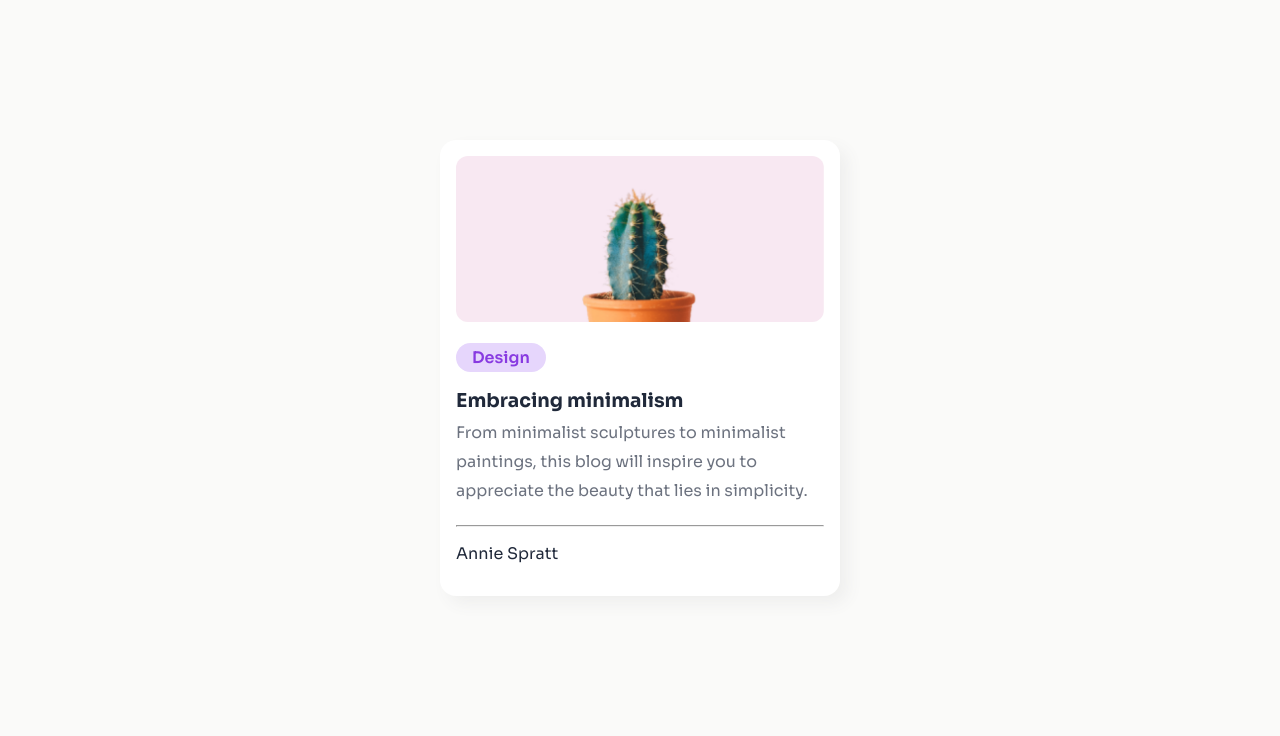
Repository: PCGP22/devChallengesio
Page: 01 - Minimal Blog Card/blogCard.html
These files come from the project's save history. The page is drawn as it stood at one moment and after the next save; the edit follows.
The browser window is 1280 px wide. The pictures show the whole page.

Above is the page before, as saved 2024-01-01 20:04:25.

After the next save:
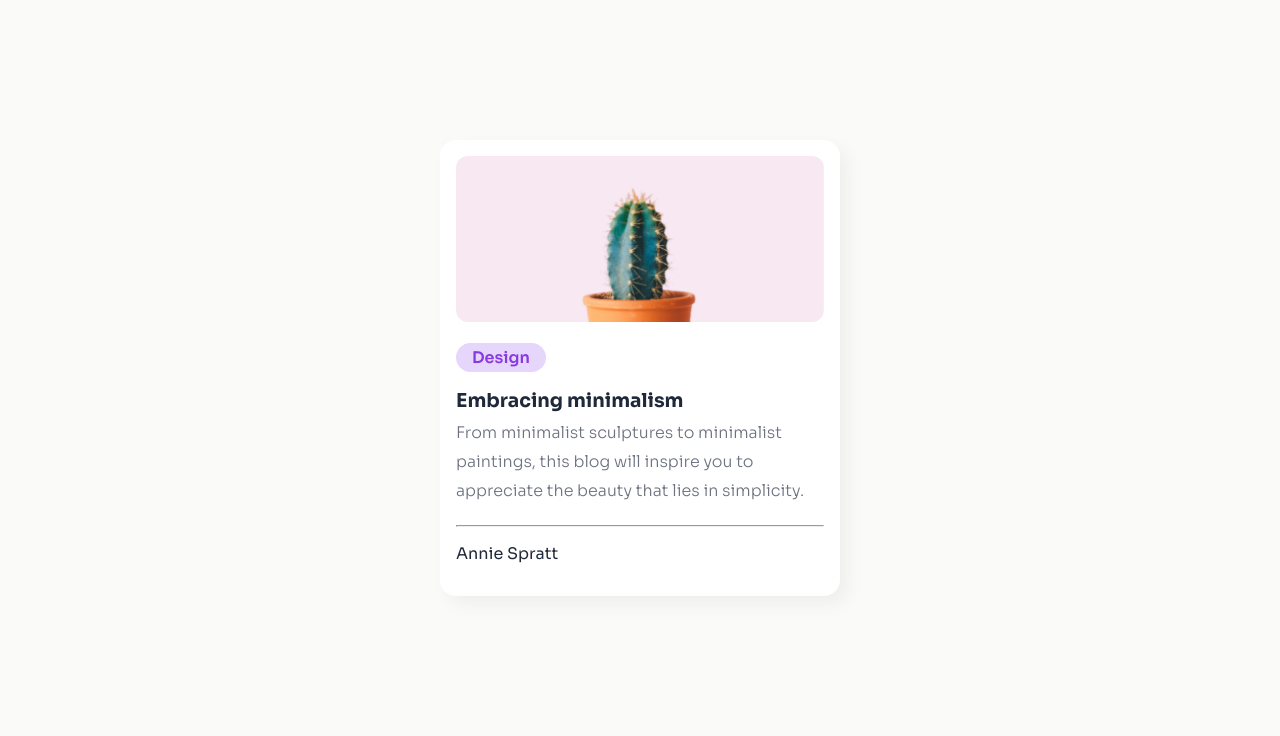
Saved 30 s later.
--- a/01 - Minimal Blog Card/styles.css
+++ b/01 - Minimal Blog Card/styles.css
@@ -1,4 +1,4 @@
-@import url('https://fonts.googleapis.com/css2?family=Prata&family=Sora:wght@400;500;600;700&display=swap');
+@import url('https://fonts.googleapis.com/css2?family=Prata&family=Sora:wght@300;400;500;600;700&display=swap');
 
 :root{
     --purple_text: #883AE1;
@@ -56,6 +56,6 @@ h1{
     margin-top: 0;
     margin-bottom: 20px;
     color: var(--text_body);
-    font-weight: 400;
+    font-weight: 300;
     line-height: 1.8em;
 }
